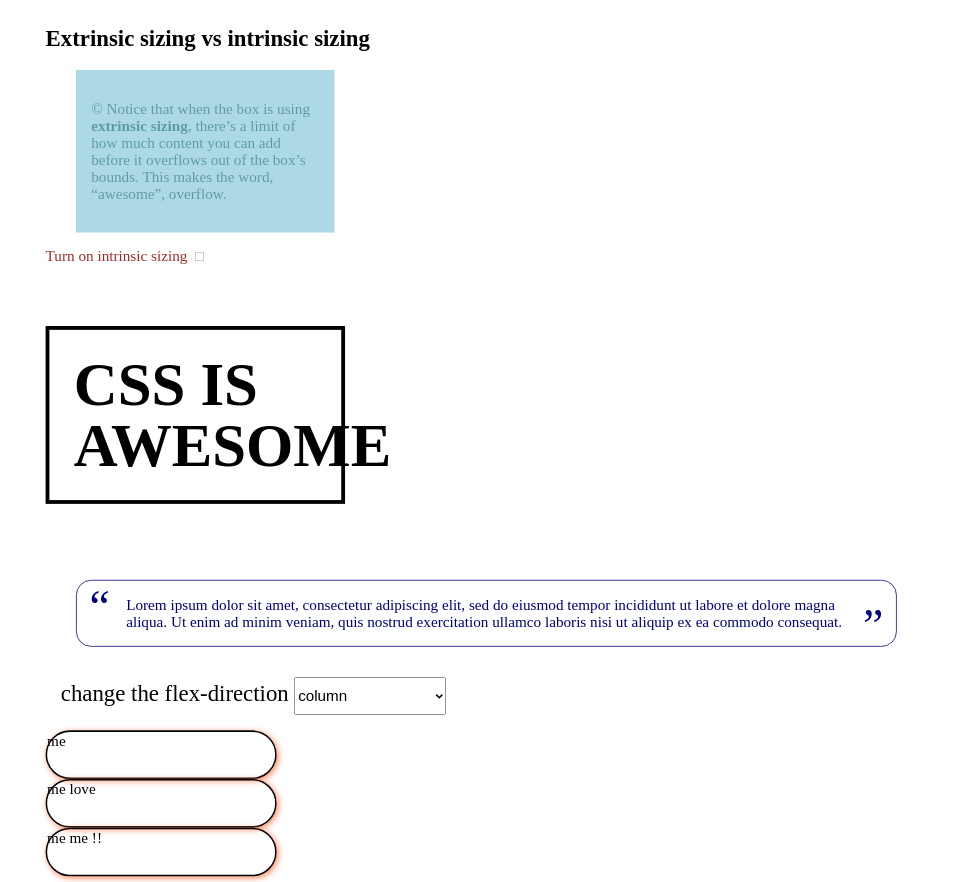
Repository: sristigupta04/basic-js-project
Page: box model/box.html
These files come from the project's save history. The page is drawn as it stood at one moment and after the next save; the edit follows.
The browser window is 1280 px wide. The pictures show the whole page, at 76% of full size.

Above is the page before, as saved 2025-11-03 01:28:17.

### box model/box.html
<!DOCTYPE html>
<html lang="en">
<head>
    <meta charset="UTF-8">
    <meta name="viewport" content="width=device-width, initial-scale=1.0">
    <title>Document</title>
    <link rel="stylesheet" href="box.css"/>
</head>
<body>

  <div class="wrapper">
    <article class="flow">
      <h1>Extrinsic sizing vs intrinsic sizing</h1>
      <figure class="callout">
        <p>
        &#169;  Notice that when the box is using <strong>extrinsic sizing</strong>, there’s
          a limit of how much content you can add before it overflows out of the box’s
          bounds. This makes the word, “awesome”, overflow.
        </p>
      </figure>
      <label class="toggle" for="intrinsic-switch">
        <span class="toggle__label">Turn on intrinsic sizing</span>
        <input type="checkbox" role="switch" class="toggle__element" id="intrinsic-switch" />
        <div class="toggle__decor" aria-hidden="true">
          <div class="toggle__thumb"></div>
        </div>
      </label>
      <p class="awesome" data-element="awesome">CSS is awesome</p>
    </article>
  </div>
  <article class="flow">
  <blockquote>Lorem ipsum dolor sit amet, consectetur adipiscing elit, sed do eiusmod tempor incididunt ut labore et dolore magna aliqua. Ut enim ad minim veniam, quis nostrud exercitation ullamco laboris nisi ut aliquip ex ea commodo consequat.</blockquote>
</article>

<!-- next div -->

<div class="switch">
    <label for="switcher" >change the flex-direction</label>
    <select id="switcher">
        <option  value="column">column</option>
     <option  value="column-reverse">column-reverse</option>
     <option  value="row">row</option>
      <option  value="row-reverse">row-reverse</option>
</select>

</div>
<div class="contain">
<div class="box">me</div>
<div class="box">me love</div>
<div class="box">me me !!</div>
</div>
  <script src="box.js"></script>

</body>
</html>

### box model/box.css
*{
    padding: 0;
}
.callout{
    background-color: lightblue;
    color:cadetblue;
    line-height:1.4rem;
    width:300px;
    padding: 20px;;
}

.toggle{
color:brown;
}
.toggle_element{
width:10px;
height: 40px;
background-color: cadetblue;
}

.awesome{
    text-transform: uppercase;
  font-size: 5rem;
  font-weight: 700;
  line-height: 1;
  border: 5px solid;
  padding: 2rem;
  width: 320px;
}

awesome[data-sizing="intrinsic"] {
  width: min-content;
}

/*


Presentational styles
*/
.awesome {
  --flow-space: 2rem;
}

blockquote, blockquote::before, blockquote::after {
  color: navy;
  & {
    border: 1px solid navy;
  }
}

/* presentational styles */

blockquote {
  border-radius: 1em;
  padding:  1em 3.25em;
  position: relative;
}

blockquote::before {
  content: open-quote;
  inset-block-start: 0;
   inset-inline-start: 0;
}

blockquote::after {
  content: close-quote;
  inset-block-end: 0;
  inset-inline-end: 0;
}

blockquote::before,
blockquote::after {
  display: block;
  inline-size: 1em;
  block-size: 1em;
  font-size: 3em;
  border-radius: 100%;
  text-align: center;
  position: absolute;
}

body {
  display: grid;
  margin-inline: 3em;
  place-content: safe center;
  font-size: 1.25em;
}
.switch{
    padding: 20px;;
    font-size: 30px;;
    font-weight: 300;

}
#switcher{
    height: 50px;;
    width: 200px;;
    justify-content: center;
     font-size: 20px;;
}

.contain{
    width:100%;
}
.box{
height: 60px;;
    width: 300px;;
    border: 2px solid black;
    box-shadow: 2px 2px 8px coral;
    border-radius: 3rem;;
}

### box model/box.js
const awesome = document.querySelector('[data-element="awesome"]');
const intrinsicSwitch = document.querySelector("#intrinsic-switch");


intrinsicSwitch.addEventListener("change", ()  =>{
    awesome.setAttribute("data-sizing",intrinsicSwitch.checked ? "intrinsic" : "extrinsic" );
});

After the next save:
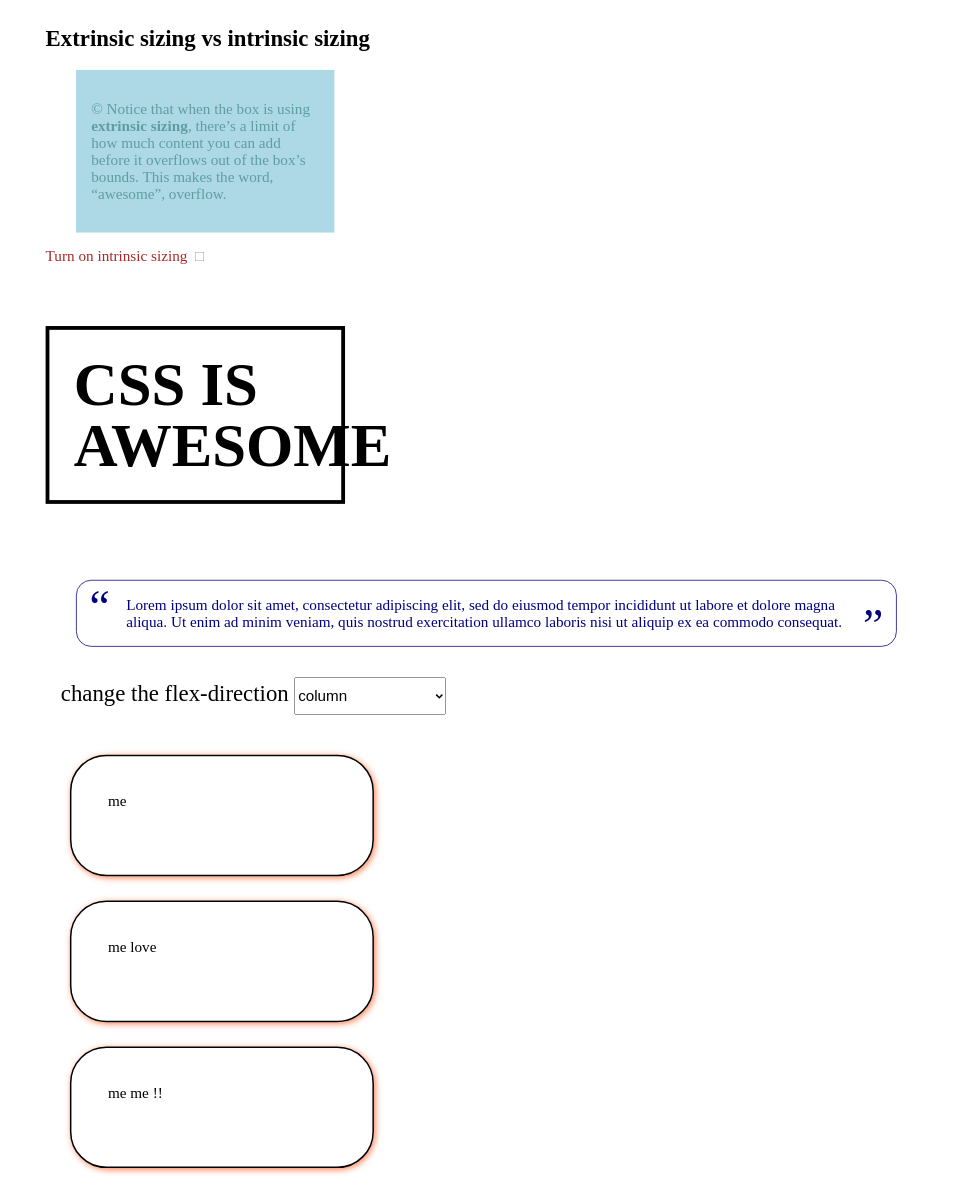
Saved 34 s later.
--- a/box model/box.css
+++ b/box model/box.css
@@ -106,5 +106,9 @@ height: 60px;;
     width: 300px;;
     border: 2px solid black;
     box-shadow: 2px 2px 8px coral;
-    border-radius: 3rem;;
+    border-radius: 3rem;
+    justify-content: center;
+    align-items: center;
+    padding: 3rem;
+    margin: 2rem;;
 }
